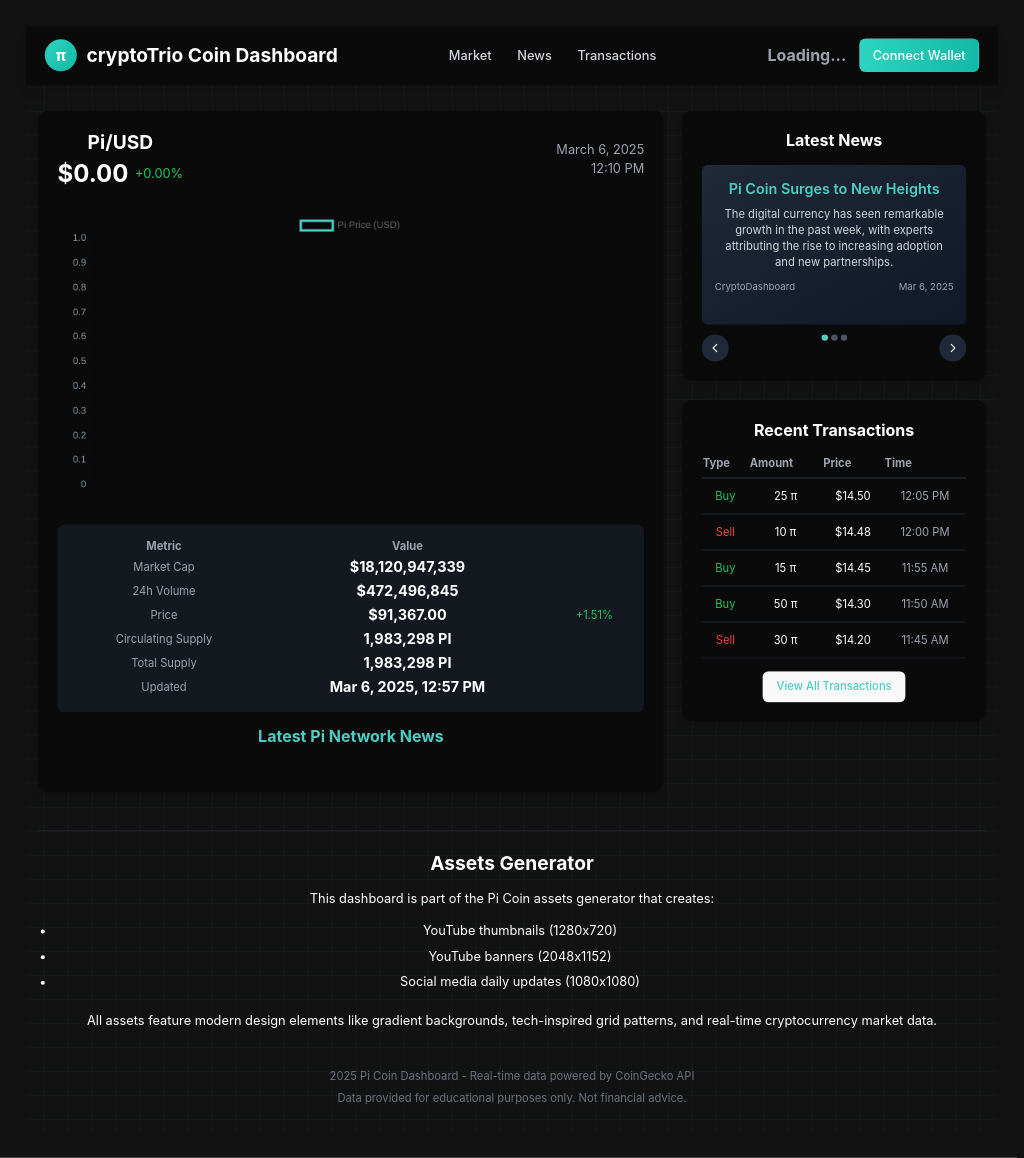
Repository: Freezler/pi-coin-dashboard
Page: /
These files come from the project's save history. The page is drawn as it stood at one moment and after the next save; the edit follows.
The browser window is 1280 px wide. The pictures show the whole page, at 80% of full size.
The page's requests for data from a server got no answer. The project was rebuilt for these pictures with package versions that can differ from the ones it lists, and the page was loaded fresh each time. No one was signed in, and anything a server would have sent is missing. Also part of the build but not shown: svelte.config.js, vite.config.js.

Above is the page before, as saved 2025-03-06 14:00:05.

After the next save:
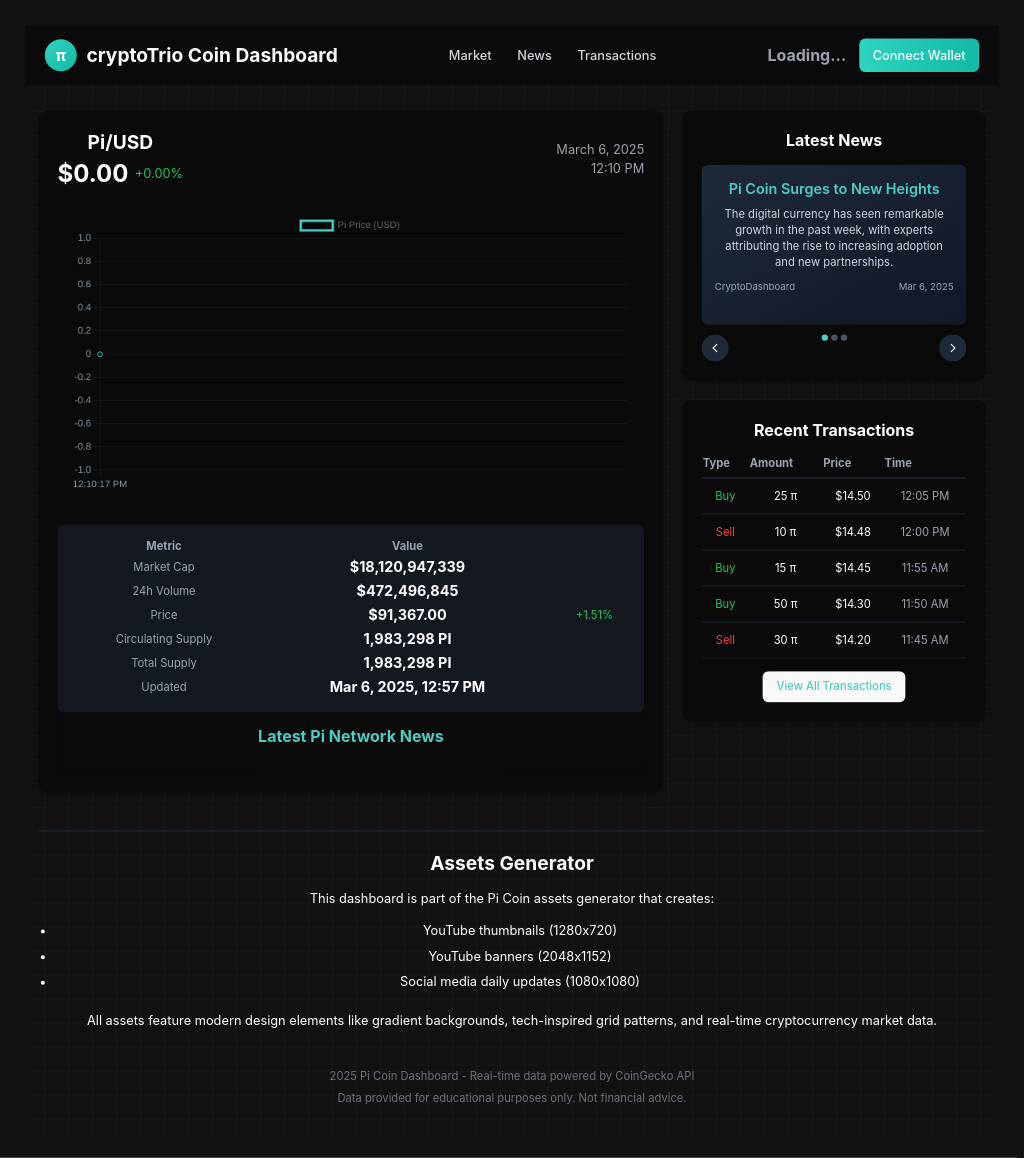
Saved 76 s later.
--- a/src/components/Dashboard.svelte
+++ b/src/components/Dashboard.svelte
@@ -30,13 +30,14 @@
       chart = new Chart(ctx, {
         type: "line",
         data: {
-          labels: [], // We'll update this with timestamps
+          labels: [new Date().toLocaleTimeString()], // Begin met huidige tijd
           datasets: [
             {
               label: "Pi Price (USD)",
-              data: [], // We'll update this with price data
+              data: [piPrice], // Begin met huidige prijs
               borderColor: "#4ECDC4",
               tension: 0.4,
+              fill: false, // Voeg dit toe voor een duidelijkere lijn
             },
           ],
         },
@@ -45,11 +46,17 @@
           scales: {
             y: {
               beginAtZero: false,
+              grid: {
+                color: "rgba(138, 156, 170, 0.1)", // Voeg grid lijnen toe
+              },
               ticks: {
                 color: "#8a9caa",
               },
             },
             x: {
+              grid: {
+                color: "rgba(138, 156, 170, 0.1)",
+              },
               ticks: {
                 color: "#8a9caa",
               },
@@ -58,7 +65,7 @@
         },
       });
 
-      // Update chart every minute
+      // Update elke minuut
       setInterval(async () => {
         await fetchPiPrice();
         updateChart();
